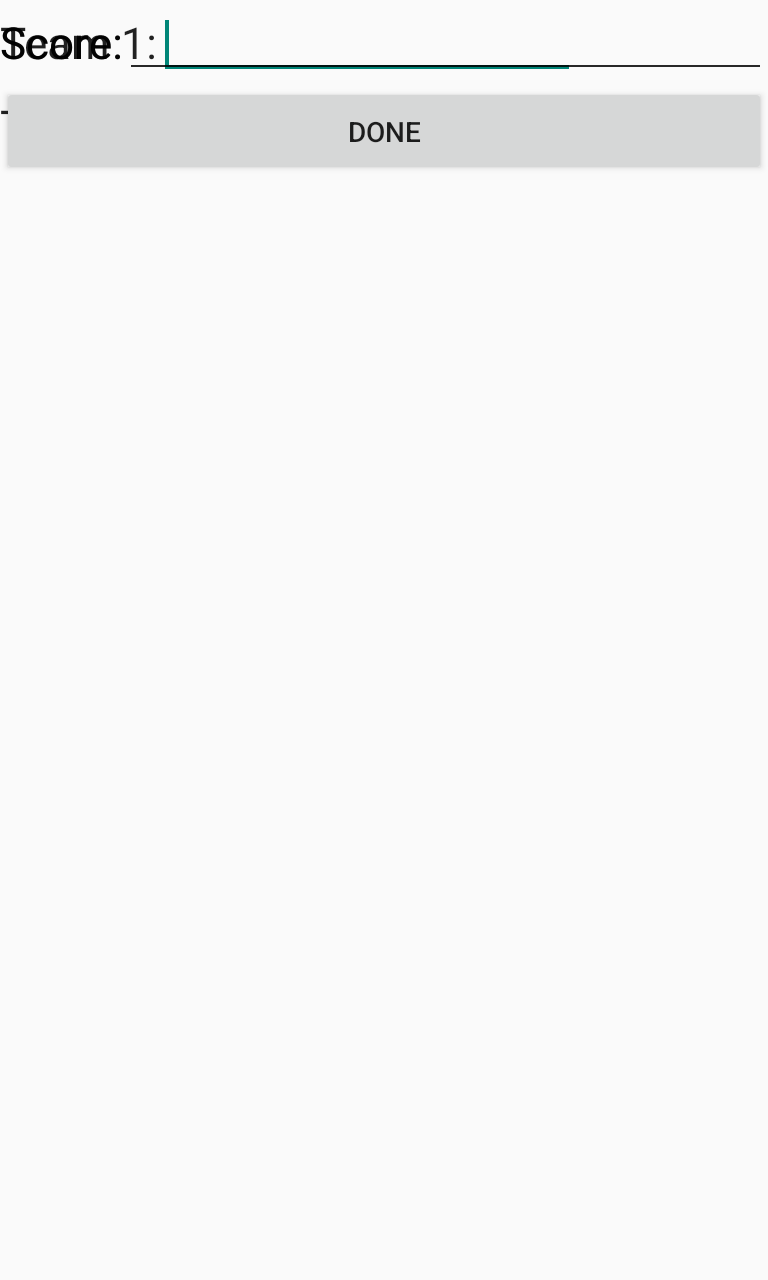
Repository: charlesweng/school
Layout: simpleandroidapps/GettingToKnowUIActivities/charleswengScoringProject/charleswengScoring/res/layout/fragment_teamdialog.xml
The author's editor kept a copy of each file at every save. The layout is drawn from the files as they stood at one save, then again after the next save.
It is drawn on a 768 x 1280 px phone screen (xhdpi) without system bars, with theme AppTheme; the app's code is not run.

Above is the layout before, as saved 2014-04-26 15:47:37.

After the next save:
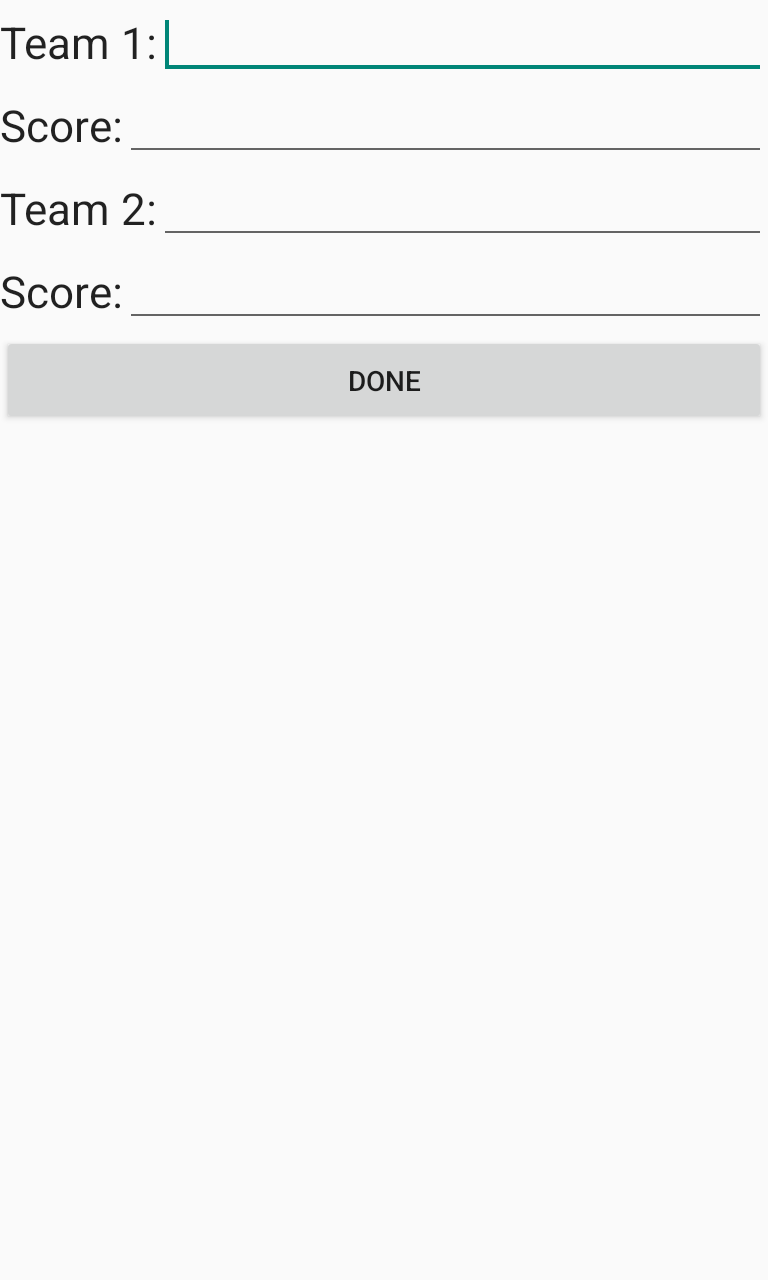
Saved 78 s later.
--- a/simpleandroidapps/GettingToKnowUIActivities/charleswengScoringProject/charleswengScoring/res/layout/fragment_teamdialog.xml
+++ b/simpleandroidapps/GettingToKnowUIActivities/charleswengScoringProject/charleswengScoring/res/layout/fragment_teamdialog.xml
@@ -4,11 +4,6 @@
     android:layout_height="match_parent"
     android:orientation="vertical" >
 
-    <LinearLayout
-     	android:id="@+id/line1"
-     	android:layout_width="wrap_content"
-    	android:layout_height="wrap_content"
-        >
     <TextView
         android:id="@+id/team1name"
         android:layout_width="wrap_content"
@@ -18,26 +13,7 @@
         android:layout_alignBaseline="@+id/editTeam1"
         android:text="@string/team_1_edit"
         android:textAppearance="?android:attr/textAppearanceLarge" />
-	<EditText
-        android:id="@+id/editTeam1"
-        android:layout_width="fill_parent"
-        android:layout_height="wrap_content"
-        android:layout_alignParentRight="true"
-        android:layout_alignParentTop="true"
-        android:layout_toRightOf="@+id/team1name"
-        android:inputType="text"
-        android:ems="10" >
-        <requestFocus />
-    </EditText>
 
-    </LinearLayout>
-
-    <LinearLayout
-     	android:id="@+id/line2"
-     	android:layout_width="wrap_content"
-    	android:layout_height="wrap_content"
-    	android:layout_below="@+id/line1"
-        >
     <TextView
         android:id="@+id/team2name"
         android:layout_width="wrap_content"
@@ -47,22 +23,12 @@
         android:layout_alignParentLeft="true"
         android:text="@string/team_2_edit"
         android:textAppearance="?android:attr/textAppearanceLarge" />
-    <EditText
-        android:id="@+id/editTeam2"
-        android:layout_width="fill_parent"
-        android:layout_height="wrap_content"
-        android:layout_alignParentRight="true"
-        android:layout_below="@+id/editScore1"
-        android:layout_toRightOf="@+id/team2name"
-        android:inputType="text"
-        android:ems="10" >
-    </EditText>
-    </LinearLayout>
+
     <TextView
         android:id="@+id/team1score"
         android:layout_width="wrap_content"
         android:layout_height="wrap_content"
-        android:layout_below="@+id/line1"
+        android:layout_below="@+id/team1name"
         android:layout_alignBaseline="@+id/editScore1"
         android:layout_alignParentLeft="true"
         android:text="@string/score"
@@ -78,8 +44,28 @@
         android:text="@string/score"
         android:textAppearance="?android:attr/textAppearanceLarge" />
 
+    <EditText
+        android:id="@+id/editTeam1"
+        android:layout_width="fill_parent"
+        android:layout_height="wrap_content"
+        android:layout_alignParentRight="true"
+        android:layout_alignParentTop="true"
+        android:layout_toRightOf="@+id/team1name"
+        android:inputType="text"
+        android:ems="10" >
+        <requestFocus />
+    </EditText>
 
-
+    <EditText
+        android:id="@+id/editTeam2"
+        android:layout_width="fill_parent"
+        android:layout_height="wrap_content"
+        android:layout_alignParentRight="true"
+        android:layout_below="@+id/editScore1"
+        android:layout_toRightOf="@+id/team2name"
+        android:inputType="text"
+        android:ems="10" >
+    </EditText>
 
     <EditText
         android:id="@+id/editScore1"
